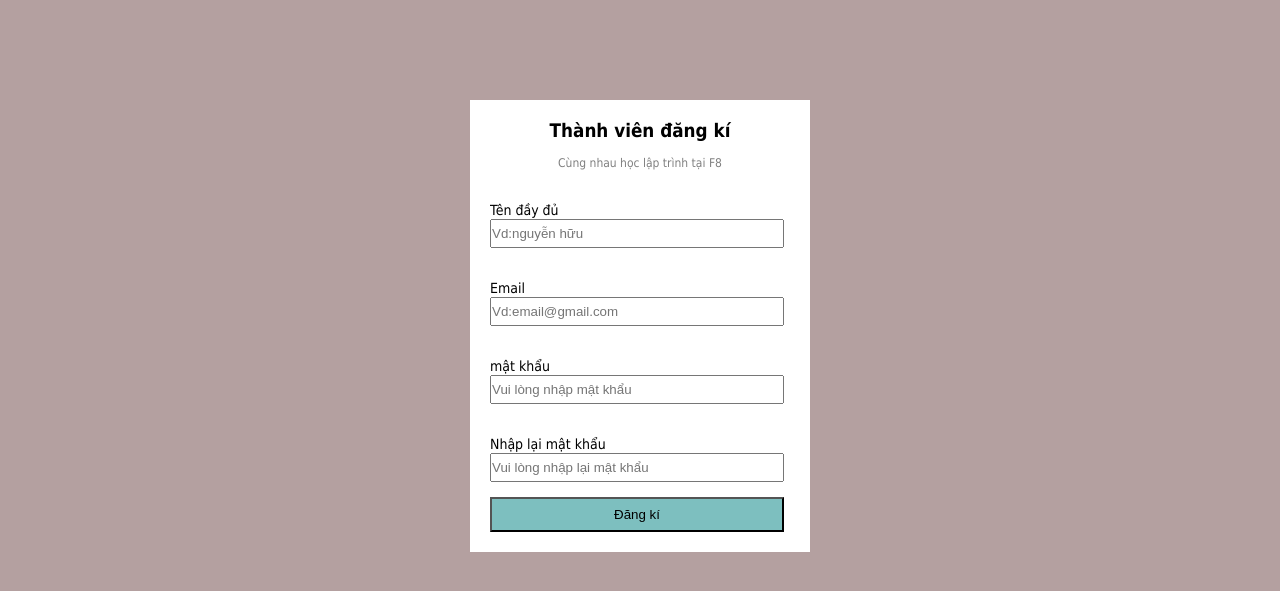
Repository: HuunvDev/Validator
Page: index.html
The author's editor kept a copy of each file at every save. The page is drawn from the files as they stood at one save, then again after the next save.
The browser window is 1280 px wide. The pictures show the whole page.

Above is the page before, as saved 2022-08-20 09:29:39.

### index.html
<!DOCTYPE html>
<html lang="en">
<head>
    <meta charset="UTF-8">
    <meta http-equiv="X-UA-Compatible" content="IE=edge">
    <meta name="viewport" content="width=device-width, initial-scale=1.0">
    <title>validator</title>
    <link rel="stylesheet" href="style.css">
</head>
<body>
    <div class="main">
        <form action="" method="POST" class="form" id="form-1">
            <h3 class="heading">Thành viên đăng kí</h3>
            <p class="desc">Cùng nhau học lập trình tại F8</p>
            <div class="pacer"></div>
            <div class="form-group">
                <label for="fullName" class="form-lable">Tên đầy đủ</label><br>
                <input type="text" id="fullName" name="fullName" placeholder="Vd:nguyễn hữu"><br>
                <span class="form-message"></span>
            </div>
            <div class="form-group">
                <label for="email" class="form-lable">Email</label><br>
                <input type="text" id="email" name="email" placeholder="Vd:email@gmail.com"><br>
                <span class="form-message"></span>
            </div>
            <div class="form-group">
                <label for="password" class="form-lable">mật khẩu</label><br>
                <input type="text" id="password" name="password" placeholder="Vui lòng nhập mật khẩu"><br>
                <span class="form-message"></span>
            </div>
            <div class="form-group">
                <label for="password_confirmation" class="form-lable">Nhập lại mật khẩu</label><br>
                <input type="text" id="password_confirmation" name="password_confirmation" placeholder="Vui lòng nhập lại mật khẩu"><br>
                <span class="form-message"></span>
            </div>
           <button class="form-submit">Đăng kí</button>
        </form>
    </div>
    <script src="main.js"></script>
</body>
</html>

### style.css

*{
    margin:0;
    padding:0;
    overflow: hidden;
}
body{
    background-color:rgb(180, 160, 160);
}
.main {
    width: 300px;
    box-shadow: 0 0 0 rgb(0 0 0 / 10%);
    margin: auto;
    margin-top: 100px;
    padding: 20px;
    background-color: #fff;
    font-family: tahoma;
}
h3.heading {
    text-align: center;
}
p.desc {
    text-align: center;
    font-size: 12px;
    color: grey;
    padding: 15px 0;
}
.form-group {
    padding: 15px 0;
}

label.form-lable {
    font-size: 14px;
}
input {
    width: 290px;
    height: 25px;
}
button{
    padding:8px 0;
    width:294px;
    background-color: rgb(125, 191, 191);
}

### main.js
var fullName = document.getElementById('fullName');
var message = document.getElementsByClassName("form-message");
fullName.onblur = function(){
    if(!fullName.value){
        message.innerText ="Vui lòng nhập trường này";
    }
}

After the next save:
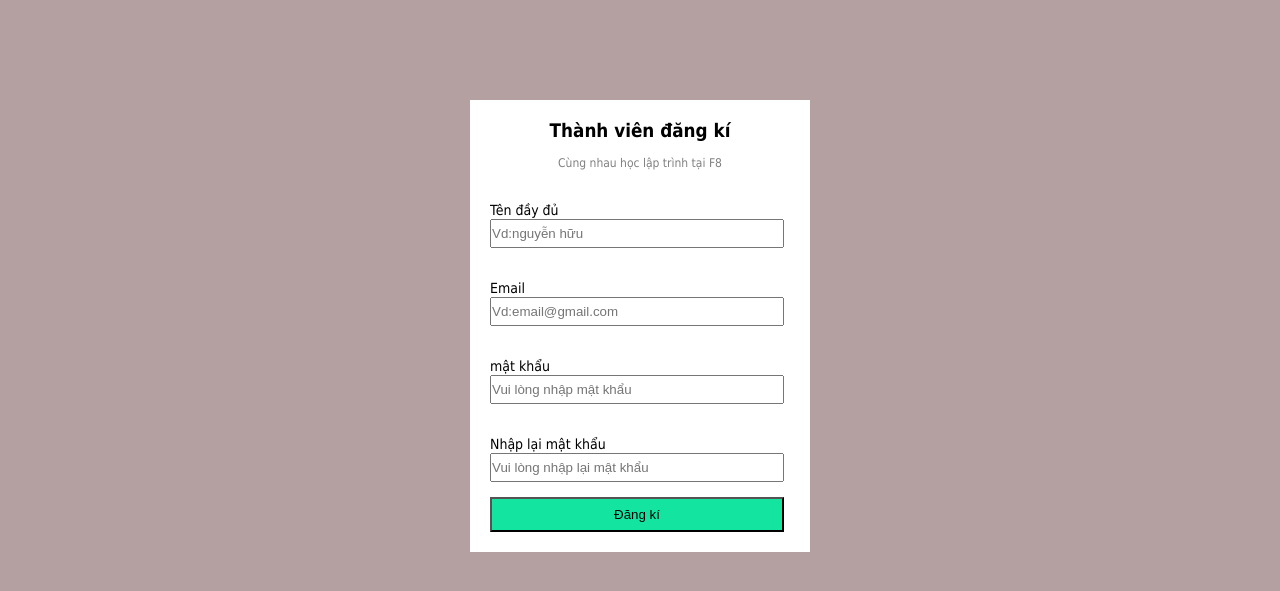
Saved 67 s later.
--- a/style.css
+++ b/style.css
@@ -39,5 +39,5 @@ input {
 button{
     padding:8px 0;
     width:294px;
-    background-color: rgb(125, 191, 191);
+    background-color: rgb(19 229 161);
 }
